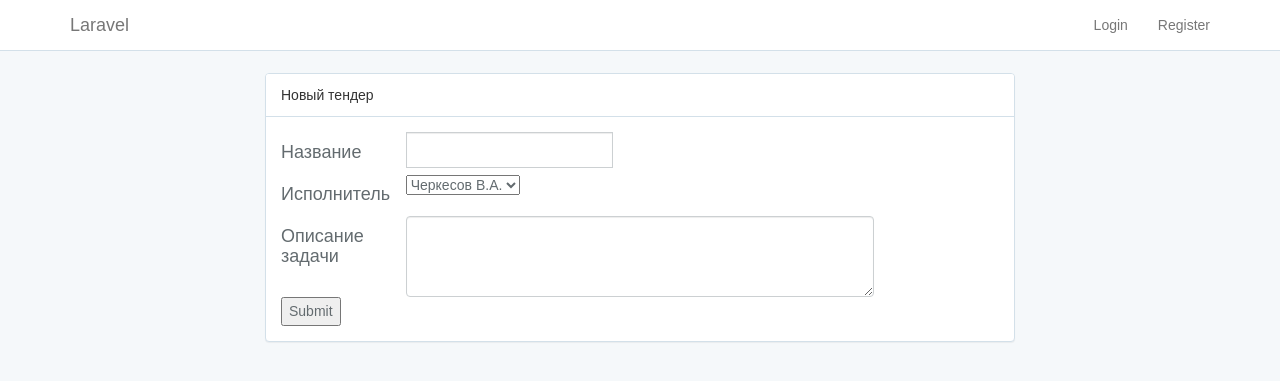
Repository: blackjack043/laravel-crud
Page: http://localhost/page2
These files come from the project's save history. The page is drawn as it stood at one moment and after the next save; the edit follows.
The browser window is 1280 px wide. The pictures show the whole page.
Some web fonts or font styles are not loaded; a fallback is used. The page is served by the project's Laravel application, run on PHP 8.4 with Laravel 8.

Above is the page before, as saved 2022-03-05 23:53:01.

After the next save:
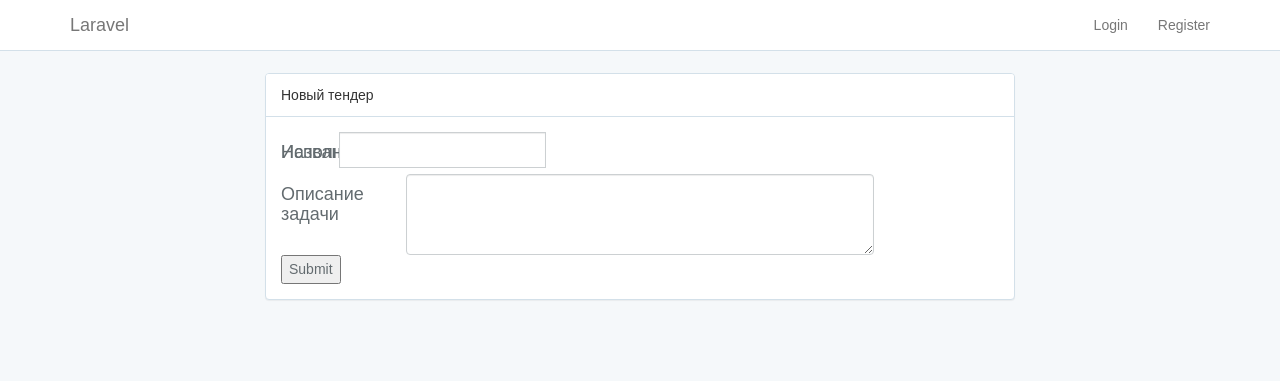
Saved 21 s later.
--- a/resources/views/page2.blade.php
+++ b/resources/views/page2.blade.php
@@ -21,7 +21,7 @@
 <form  method="POST" action="/profile">
 {{ csrf_field() }}
 @csrf
-                <div class="row" style=>
+                <div class="row" style="position: absolute;">
   <div class="col-md-2" ><h4>Название</h4></div>
   <div class="col-md-10">
 <div class="input-group" >
